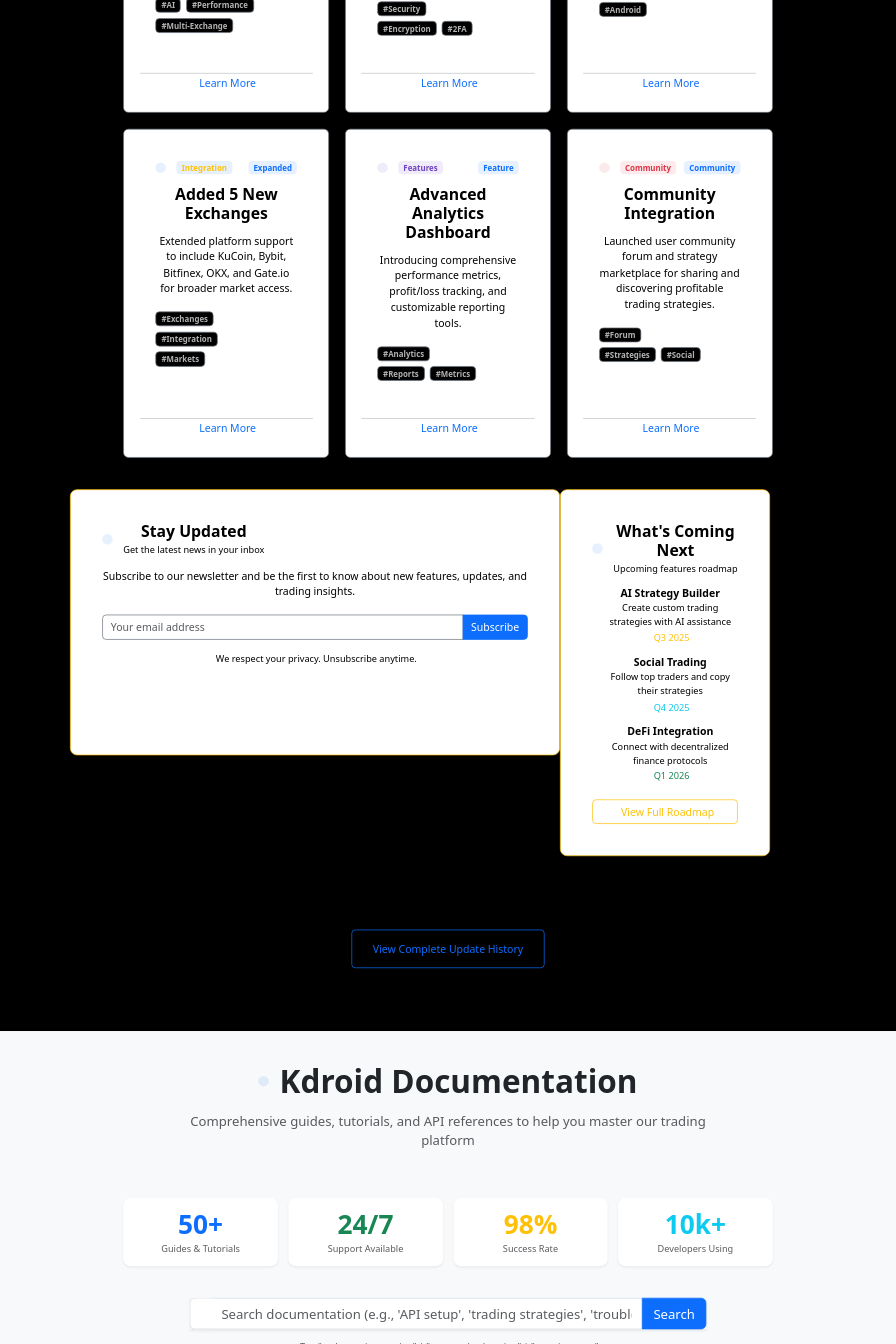
Repository: Kevin-Pro-Codes/halo-trading
Page: /
The author's editor kept a copy of each file at every save. The page is drawn from the files as they stood at one save, then again after the next save.
The browser window is 1280 px wide. The pictures show the part of the page from y = 3890 to 5810 px (the page is 19648 px tall), at 70% of full size.
The page's requests for data from a server got no answer. The project was rebuilt for these pictures with package versions that can differ from the ones it lists, and the page was loaded fresh each time. Some packages were replaced by stand-ins written for this rebuild. No one was signed in, and anything a server would have sent is missing. Also part of the build but not shown: vite.config.js, src/styles/DocStyle.css, src/styles/PricingStyle.css.

Above is the page before, as saved 2025-12-09 20:59:37.

After the next save:
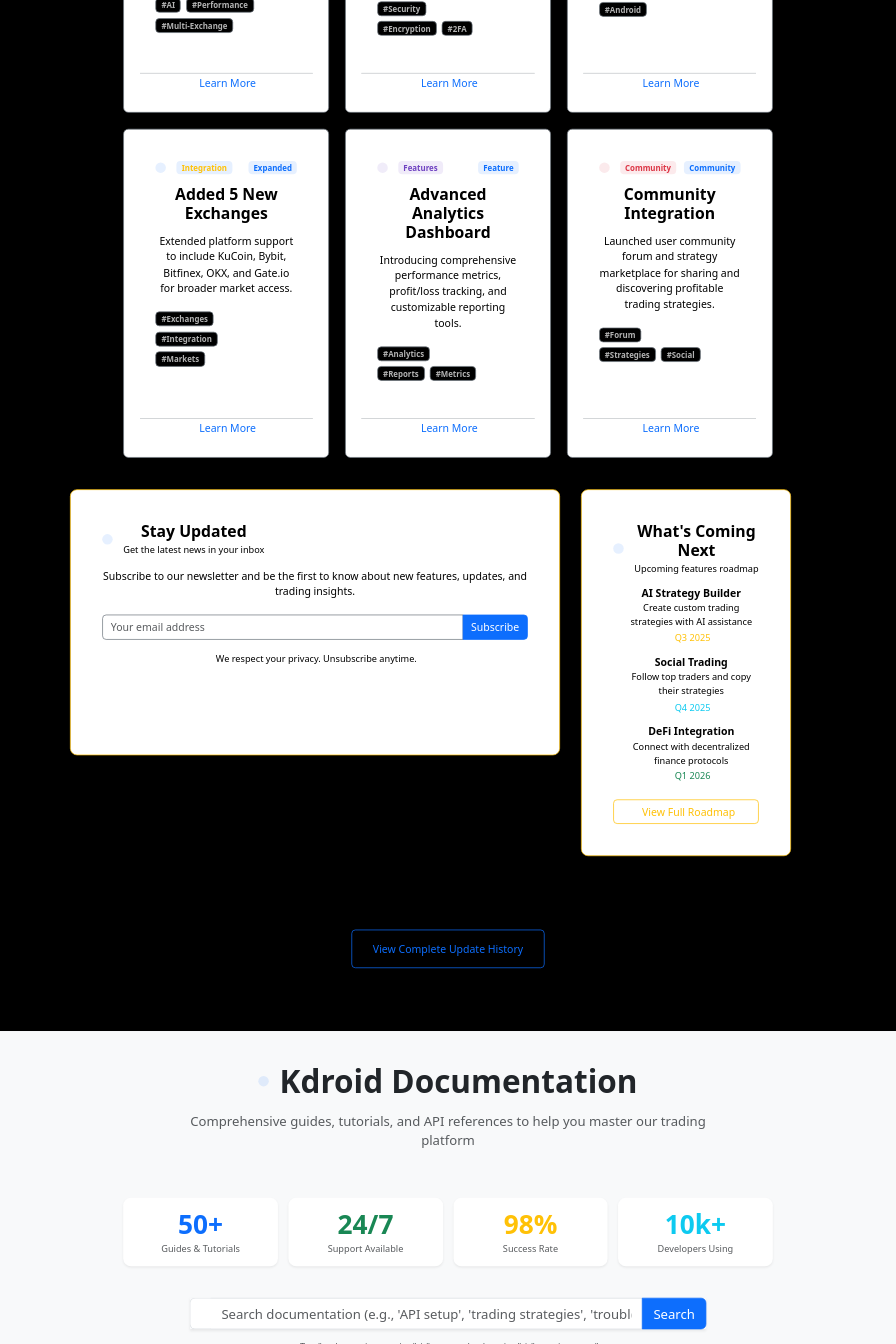
Saved 4 s later.
--- a/src/components/LatestSection.jsx
+++ b/src/components/LatestSection.jsx
@@ -265,7 +265,7 @@ const LatestSection = () => {
     }}>
       <div className="card border-warning bg-white" style={{
         minHeight: '380px',
-         marginLeft: '50px',
+         marginLeft: '80px',
         borderRadius: '10px'
       }}>
         <div className="card-body p-4">
